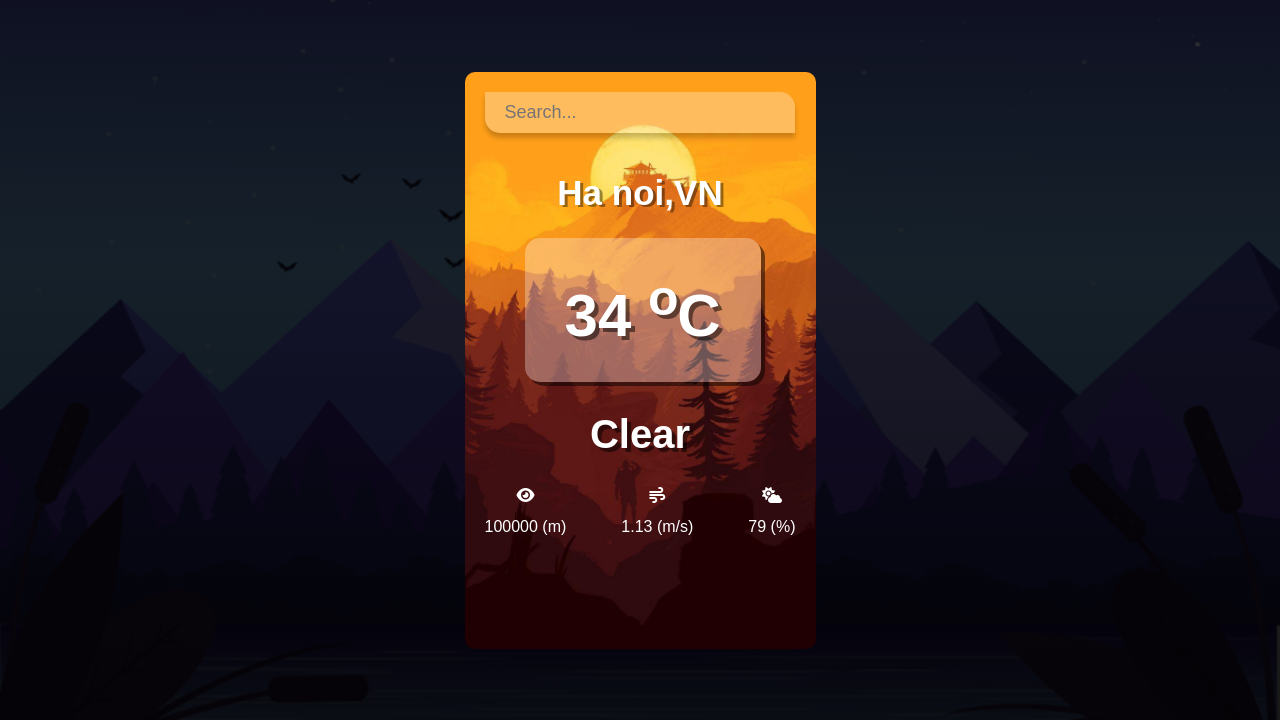
Repository: nganha241/weather-app
Page: index.html
These files come from the project's save history. The page is drawn as it stood at one moment and after the next save; the edit follows.
The browser window is 1280 px wide. The pictures show the whole page.
Some web libraries are served in a nearby version.

Above is the page before, as saved 2022-04-14 20:56:59.

After the next save:
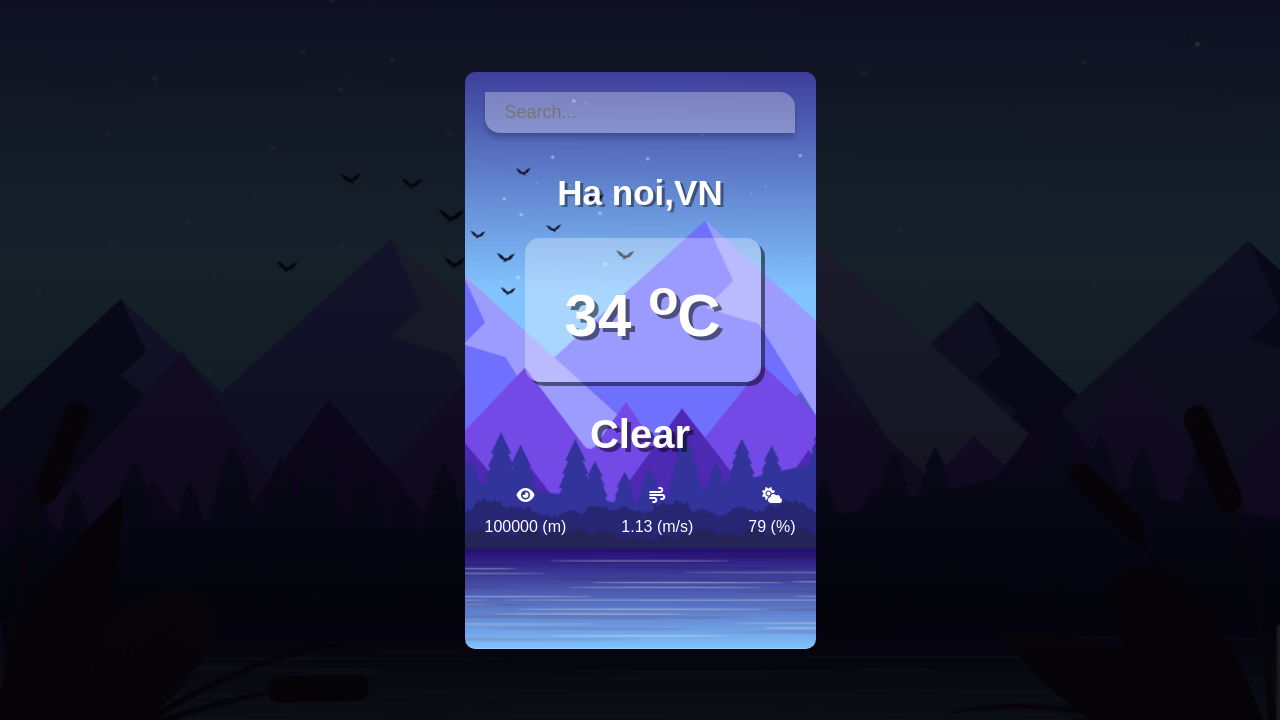
Saved 5 s later.
--- a/index.html
+++ b/index.html
@@ -8,7 +8,7 @@
     <link rel="stylesheet" href="./style.css" />
   </head>
   <body>
-    <div class="weather hotcontent">
+    <div class="weather">
       <div class="header">
         <input type="text" placeholder="Search..." />
       </div>
